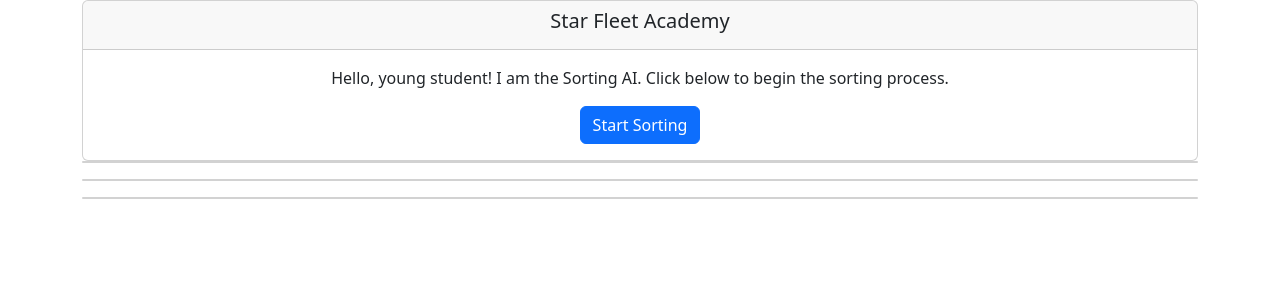
Repository: PaulPatterson48/ASSIGNMENT-StarFleet_academy
Page: index.html
The author's editor kept a copy of each file at every save. The page is drawn from the files as they stood at one save, then again after the next save.
The browser window is 1280 px wide. The pictures show the whole page.

Above is the page before, as saved 2023-08-06 13:21:43.

After the next save:
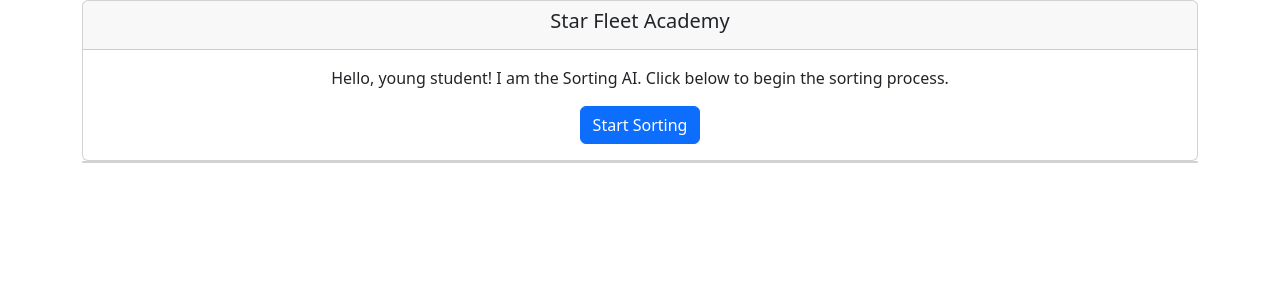
Saved 25 s later.
--- a/index.html
+++ b/index.html
@@ -8,6 +8,7 @@
   <link rel="stylesheet" href="main.css">
 </head>
 <body>
+  <div filter button></div>
   <div class="container">
     <div id="sortingCadetCard" class="card text-center">
       <div class="card-header">
@@ -15,29 +16,14 @@
       </div>
       <div class="card-body">
         <p>Hello, young student! I am the Sorting AI. Click below to begin the sorting process.</p>
-        <!-- <div id="btnRow" class="d-flex justify-content-between mb-3 btnRow">
-        <button id="enterpriseBtn" type="submit" class="btn btn-primary">Enterprise</button>
-        <button id="voyagerBtn" type="submit" class="btn btn-primary">Voyager</button>
-        <button id="excaliburBtn" type="submit" class="btn btn-primary">Excalibur</button>
-        <button id="excelsiorBtn" type="submit" class="btn btn-primary">Excelsior</button> -->
+
         <button id="startSortingBtn" class="btn btn-primary">Start Sorting</button>
       </div>
       </div>
     </div>
 
     <div id="sortingForm" class="card text-center d-none">
-      <div class="card-header">
-        <h5>Student Sorting</h5>
-      </div>
-      <div class="card-body">
-        <form id="studentForm">
-          <div class="form-group">
-            <label for="studentName">Student Name:</label>
-            <input type="text" class="form-control" id="studentName" required>
-          </div>
 
-          <button id="sortStudentBtn" type="submit" class="btn btn-primary">Sort</button>
-        </form>
       </div>
     </div>
     <div class="container">
@@ -49,6 +35,18 @@
       <!-- Student Sorting Form (Hidden by default) -->
       <div class="card mt-3" id="sortingFormCard" style="display: none;">
         <!-- ... Sorting Form Card content ... -->
+        <div class="card-header">
+          <h5>Student Sorting</h5>
+        </div>
+        <div class="card-body">
+          <form id="studentForm">
+            <div class="form-group">
+              <label for="studentName">Student Name:</label>
+              <input type="text" class="form-control" id="studentName" required>
+            </div>
+
+            <button id="sortStudentBtn" type="submit" class="btn btn-primary">Sort</button>
+          </form>
       </div>
 
       <!-- Sorted Students Card (Generated dynamically) -->
